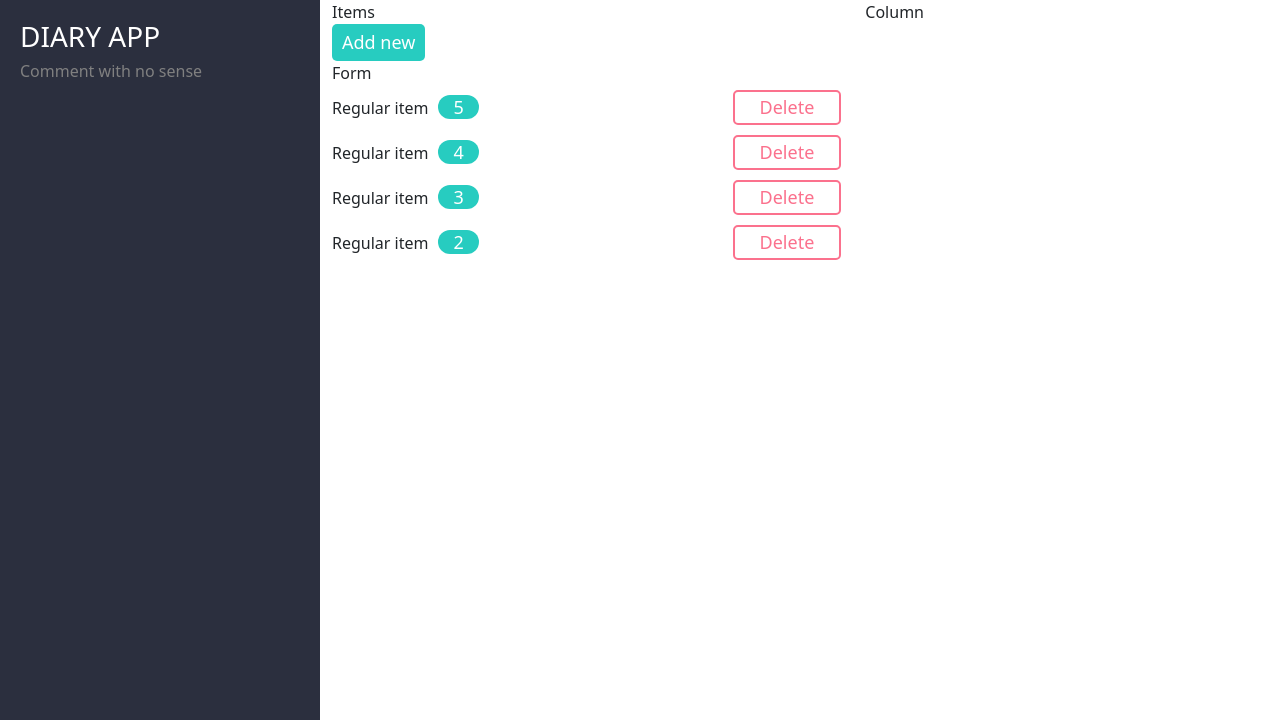
Repository: tsydikov/diary
Page: /
The author's editor kept a copy of each file at every save. The page is drawn from the files as they stood at one save, then again after the next save.
The browser window is 1280 px wide. The pictures show the whole page.
The project was rebuilt for these pictures with package versions that can differ from the ones it lists, and the page was loaded fresh each time.

Above is the page before, as saved 2021-09-10 20:09:50.

After the next save:
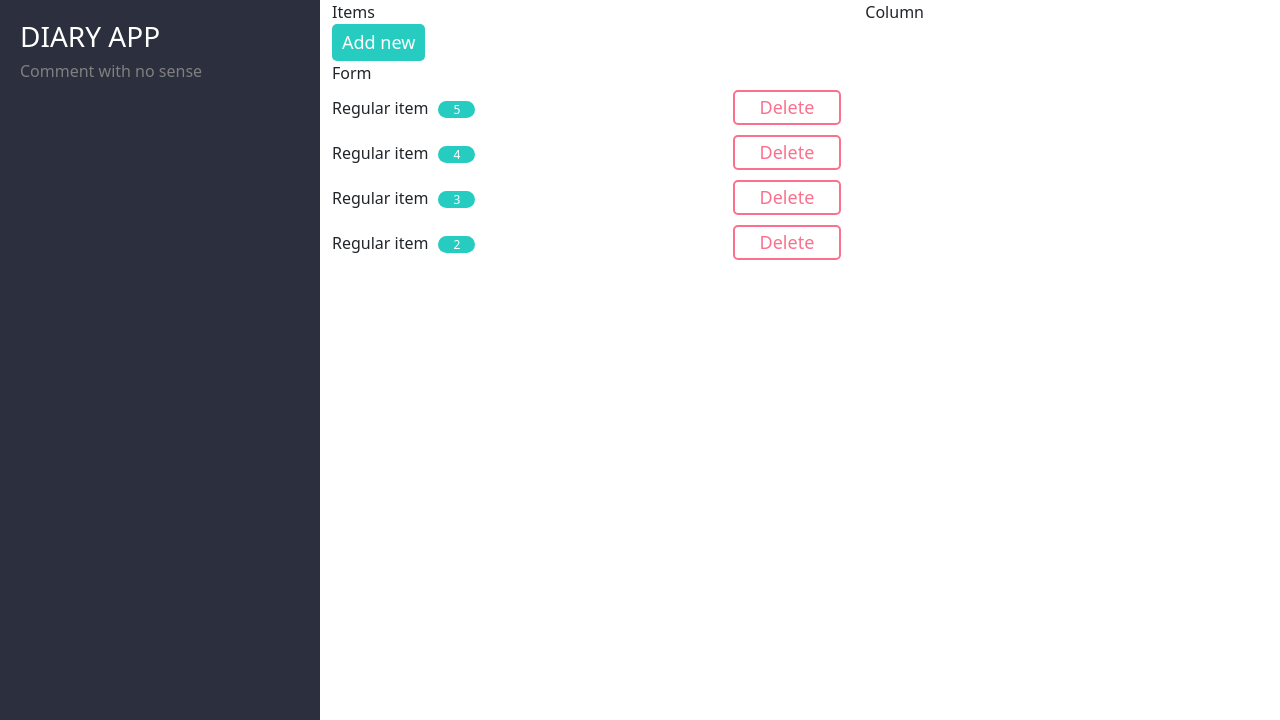
Saved 4 s later.
--- a/src/styles/App.css
+++ b/src/styles/App.css
@@ -18,7 +18,7 @@
 }
 
 .item_cotainer span {
-    font-size: 18px;
+    font-size: 12px;
     color: white;
     background-color: #27ccc0;
     border-radius: 25px;
